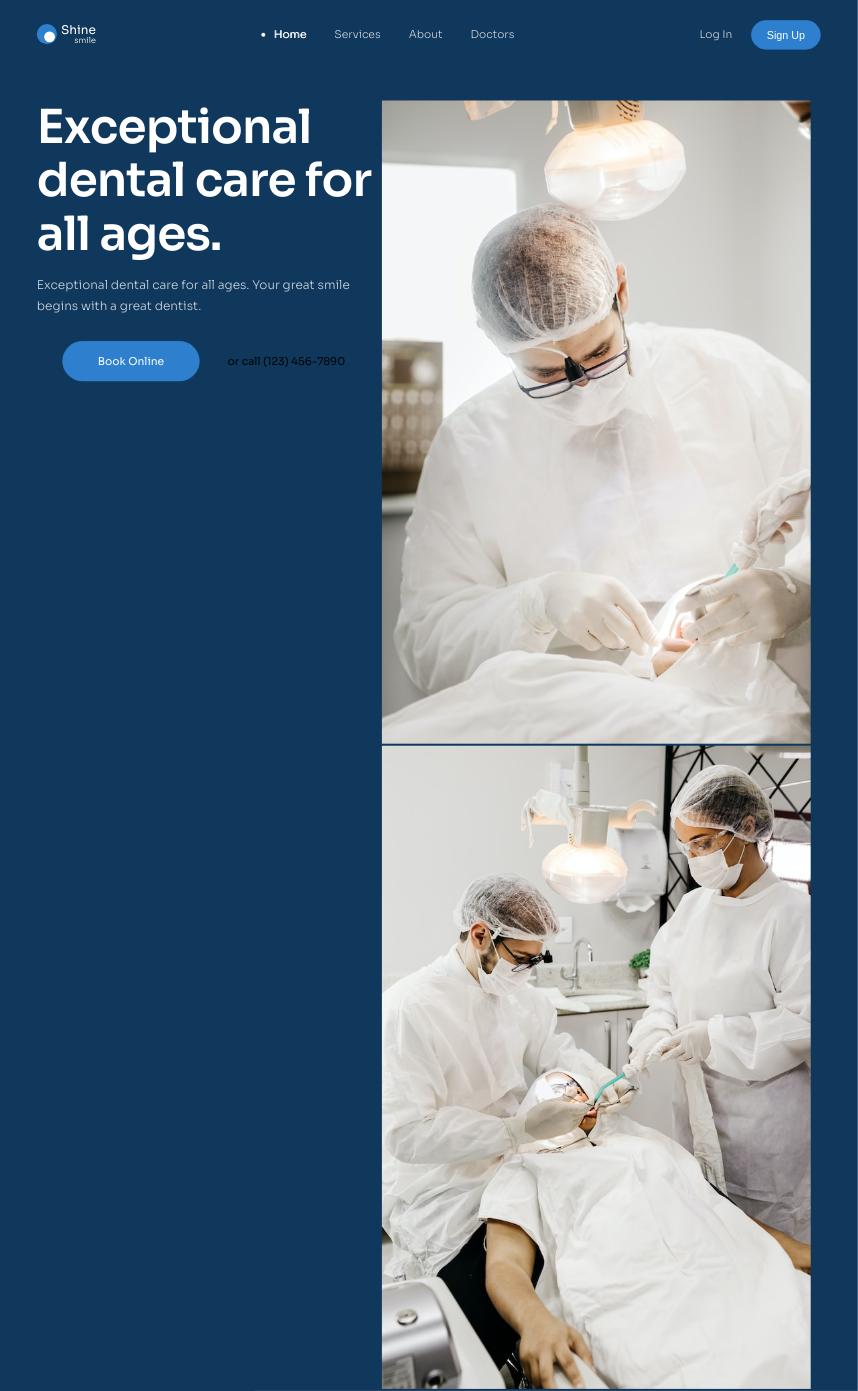
Repository: Tran-Dat/F8_Project_03
Page: index.html
The author's editor kept a copy of each file at every save. The page is drawn from the files as they stood at one save, then again after the next save.
The browser window is 1280 px wide. The pictures show the whole page, at 67% of full size.

Above is the page before, as saved 2023-04-03 10:36:12.

### index.html
<!DOCTYPE html>
<html lang="en">
    <head>
        <meta charset="UTF-8" />
        <meta http-equiv="X-UA-Compatible" content="IE=edge" />
        <meta name="viewport" content="width=device-width, initial-scale=1.0" />
        <title>shine smile</title>

        <!-- Favicon -->
        <link rel="apple-touch-icon" sizes="57x57" href="./assets/favicon/" />
        <link
            rel="apple-touch-icon"
            sizes="60x60"
            href="./assets/favicon/apple-icon-60x60.png"
        />
        <link
            rel="apple-touch-icon"
            sizes="72x72"
            href="./assets/favicon/apple-icon-72x72.png"
        />
        <link
            rel="apple-touch-icon"
            sizes="76x76"
            href="./assets/favicon/apple-icon-76x76.png"
        />
        <link
            rel="apple-touch-icon"
            sizes="114x114"
            href="./assets/favicon/apple-icon-114x114.png"
        />
        <link
            rel="apple-touch-icon"
            sizes="120x120"
            href="./assets/favicon/apple-icon-120x120.png"
        />
        <link
            rel="apple-touch-icon"
            sizes="144x144"
            href="./assets/favicon/apple-icon-144x144.png"
        />
        <link
            rel="apple-touch-icon"
            sizes="152x152"
            href="./assets/favicon/apple-icon-152x152.png"
        />
        <link
            rel="apple-touch-icon"
            sizes="180x180"
            href="./assets/favicon/apple-icon-180x180.png"
        />
        <link
            rel="icon"
            type="image/png"
            sizes="192x192"
            href="./assets/favicon/android-icon-192x192.png"
        />
        <link
            rel="icon"
            type="image/png"
            sizes="32x32"
            href="./assets/favicon/favicon-32x32.png"
        />
        <link
            rel="icon"
            type="image/png"
            sizes="96x96"
            href="./assets/favicon/favicon-96x96.png"
        />
        <link
            rel="icon"
            type="image/png"
            sizes="16x16"
            href="./assets/favicon/favicon-16x16.png"
        />
        <link rel="manifest" href="./assets/favicon/manifest.json" />
        <meta name="msapplication-TileColor" content="#ffffff" />
        <meta
            name="msapplication-TileImage"
            content="./assets/favicon/ms-icon-144x144.png"
        />
        <meta name="theme-color" content="#ffffff" />

        <!-- Emmet Fonts -->
        <link rel="preconnect" href="https://fonts.googleapis.com" />
        <link rel="preconnect" href="https://fonts.gstatic.com" crossorigin />
        <link
            href="https://fonts.googleapis.com/css2?family=Sora:wght@300;400;500;600;700;800&display=swap"
            rel="stylesheet"
        />

        <!-- Reset Css -->
        <link rel="stylesheet" href="./assets/css/reset.css" />
        <link rel="stylesheet" href="./assets/css/style.css" />
    </head>
    <body>
        <header class="header">
            <div class="container">
                <!-- Header top -->
                <div class="header-top">
                    <!-- Logo -->
                    <a href="/">
                        <div class="logo">
                            <span class="logo__circle"> </span>
                            <span class="logo__text">
                                <span class="logo__brand">Shine</span>
                                <span class="logo__brand logo__brand--small">
                                    smile
                                </span>
                            </span>
                        </div>
                    </a>

                    <!-- NavBar -->
                    <nav class="navbar">
                        <ul class="navbar__list">
                            <li class="navbar__item">
                                <a
                                    href="#!"
                                    class="navbar__link navbar__item--active"
                                >
                                    Home
                                </a>
                            </li>
                            <li class="navbar__item">
                                <a href="#!" class="navbar__link">Services</a>
                            </li>
                            <li class="navbar__item">
                                <a href="#!" class="navbar__link">About</a>
                            </li>
                            <li class="navbar__item">
                                <a href="#!" class="navbar__link">Doctors</a>
                            </li>
                        </ul>
                    </nav>

                    <!-- Action -->
                    <div class="header-action">
                        <a href="" class="header-action__login">Log In</a>
                        <button href="" class="btn header-action__signup">
                            Sign Up
                        </button>
                    </div>
                </div>

                <!-- Hero -->
                <section class="hero">
                    <!-- Hero content -->
                    <section class="hero__content">
                        <h1 class="hero__heading">
                            Exceptional dental care for all ages.
                        </h1>
                        <p class="hero__desc">
                            Exceptional dental care for all ages. Your great
                            smile begins with a great dentist.
                        </p>
                        <div class="hero__row">
                            <a href="" class="btn">Book Online</a>
                            <span class="hero__phone"
                                >or call (123) 456-7890</span
                            >
                        </div>
                    </section>

                    <!-- Hero media -->
                    <div class="hero__media">
                        <figure class="hero__images">
                            <img
                                src="./assets/img/hero-01.jpg"
                                alt=""
                                class="hero__img"
                            />
                            <img
                                src="./assets/img/hero-02.jpg"
                                alt=""
                                class="hero__img"
                            />
                        </figure>
                    </div>
                </section>
            </div>
        </header>
    </body>
</html>

### assets/css/style.css
* {
    box-sizing: border-box;
}

:root {
    --header-bg: #10375c;
}

html {
    font-size: 62.5%;
}

body {
    font-size: 1.6rem;
    font-family: "Sora", sans-serif;
}

/* ================================================================ Common ================================================================ */

.btn {
    --height: 60px;

    display: inline-block;
    min-width: 205px;
    height: var(--height);
    padding: 0 20px;
    border-radius: 99px;
    border: 1px solid #2e80ce;
    font-size: 1.6rem;
    font-weight: 400;
    text-align: center;
    line-height: var(--height);
    color: #fff;
    background: #2e80ce;
}

.btn:hover {
    opacity: 0.9;
    cursor: pointer;
}

a {
    text-decoration: none;
}

.container {
    width: 1170px;
    max-width: calc(100% - 48px);
    margin: 0 auto;
}

/* ================================================================ Header ================================================================ */

.header {
    min-height: 100vh;
    background: var(--header-bg);
    padding-top: 30px;
}

.header-top {
    display: flex;
    justify-content: space-between;
    align-items: center;
}

.logo {
    display: inline-flex;
    position: relative;
    font-size: 1rem;
}

.logo__circle::before,
.logo__circle::after {
    content: "";
    display: inline-block;
    border-radius: 50%;
}

.logo__circle::before {
    width: 3em;
    height: 3em;
    background: #2e80ce;
}

.logo__circle::after {
    position: absolute;
    top: 1.1em;
    left: 1.1em;
    width: 1.6em;
    height: 1.6em;
    background: #fff;
}

.logo__text {
    margin-left: 0.6em;
    text-align: right;
    line-height: 1.6em;
}

.logo__brand {
    display: block;
    font-size: 1.8em;
    font-weight: 400;
    color: #fff;
}

.logo__brand--small {
    font-size: 1.2em;
    font-weight: 300;
}

.navbar__list {
    display: flex;
}

.header-action__login,
.navbar__link {
    padding: 4px 21px;
    font-weight: 300;
    font-size: 1.6rem;
    line-height: 1.75;
    color: #c9d2da;
}

.navbar__link:hover,
.navbar__item--active {
    text-shadow: 1px 0 0 currentColor;
    color: #fff;
}

.navbar__item--active::before {
    position: relative;
    left: -8px;
    top: -2px;
    content: "";
    display: inline-block;
    width: 6px;
    height: 6px;
    border-radius: 50%;
    background-color: #fff;
}

.header-action {
    display: flex;
    align-items: center;
}

.header-action__login {
    margin-right: 7px;
}

.header-action__signup {
    --height: 44px;
    height: var(--height);
    min-width: 104px;
}

/* ========================================== Hero =========================================== */

.hero {
    margin-top: 76px;
    display: flex;
}

.hero__content {
    flex-shrink: 0;
    width: 44%;
}

.hero__heading {
    font-weight: 600;
    font-size: 7rem;
    line-height: 1.14;
    letter-spacing: -0.02em;
    color: #ffffff;
}

.hero__desc {
    margin-top: 22px;
    font-weight: 300;
    font-size: 1.8rem;
    line-height: 1.67;
    color: #c9d2da;
}

.hero__row {
    margin: 38px;
}

.hero__phone {
    margin-left: 38px;
}

.hero__media {
    flex-grow: 1;
}

Loaded but not shown: assets/css/reset.css (common file)

After the next save:
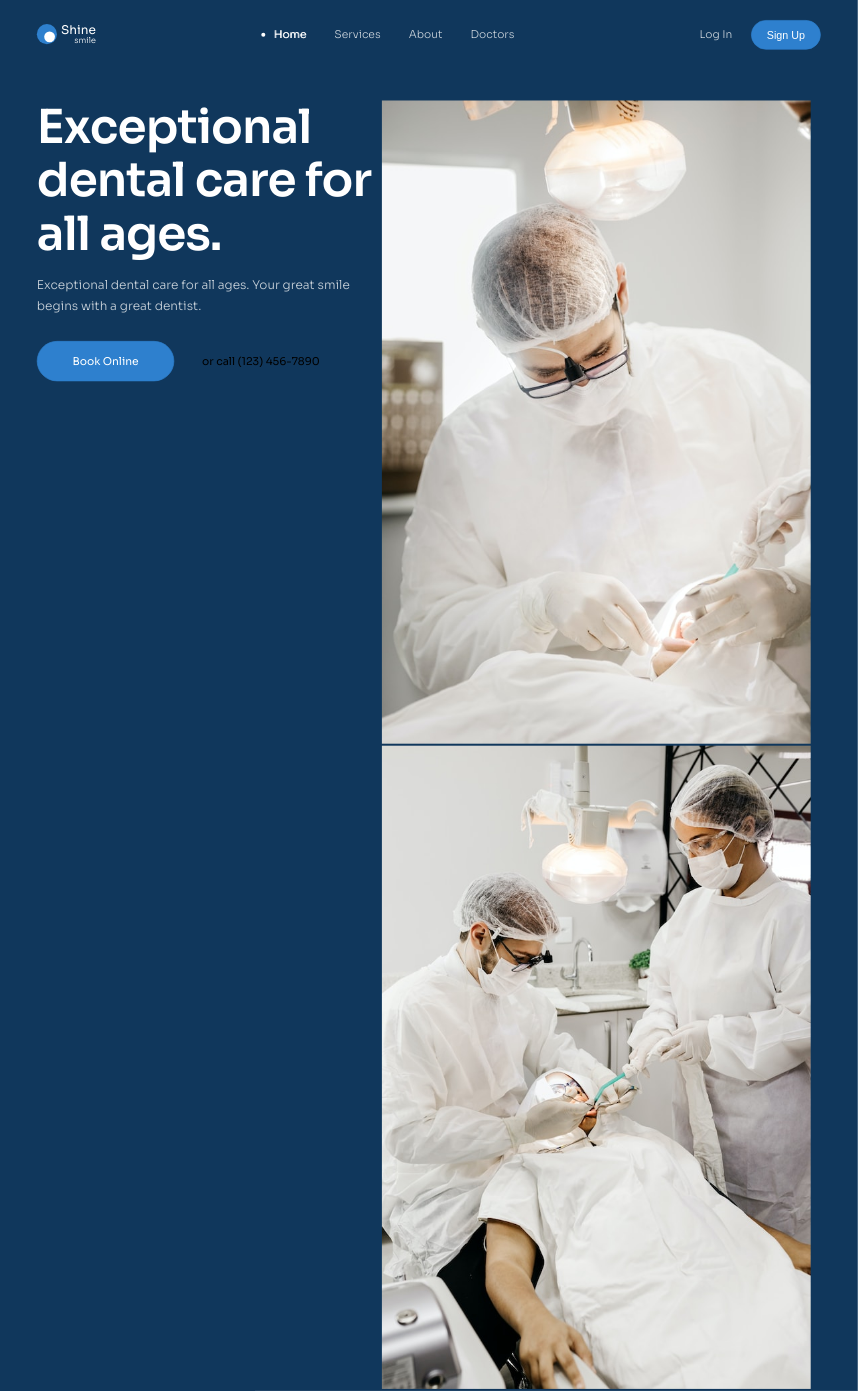
Saved 23 s later.
--- a/assets/css/style.css
+++ b/assets/css/style.css
@@ -184,7 +184,7 @@
 }
 
 .hero__row {
-    margin: 38px;
+    margin-top: 38px;
 }
 
 .hero__phone {
